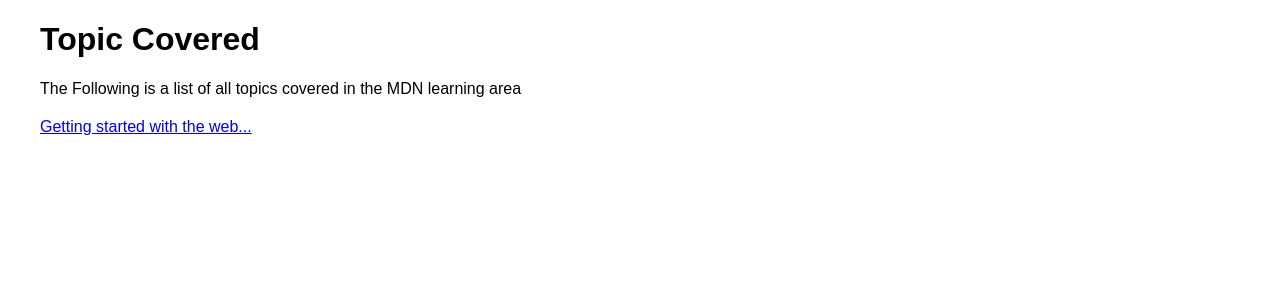
Repository: sriram1224/ReactProjects.github.io
Page: Assignments/Assignment1/index.html
These files come from the project's save history. The page is drawn as it stood at one moment and after the next save; the edit follows.
The browser window is 1280 px wide. The pictures show the whole page.

Above is the page before, as saved 2024-03-01 09:53:47.

After the next save:
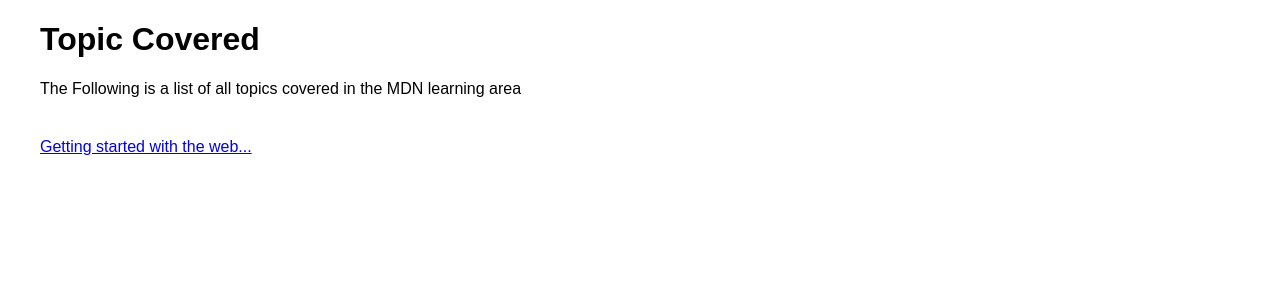
Saved 5 s later.
--- a/Assignments/Assignment1/index.html
+++ b/Assignments/Assignment1/index.html
@@ -10,7 +10,7 @@
 
     }
     #para{
-      margin-bottom: 20px;
+      margin-bottom: 40px;
     }
 
 
